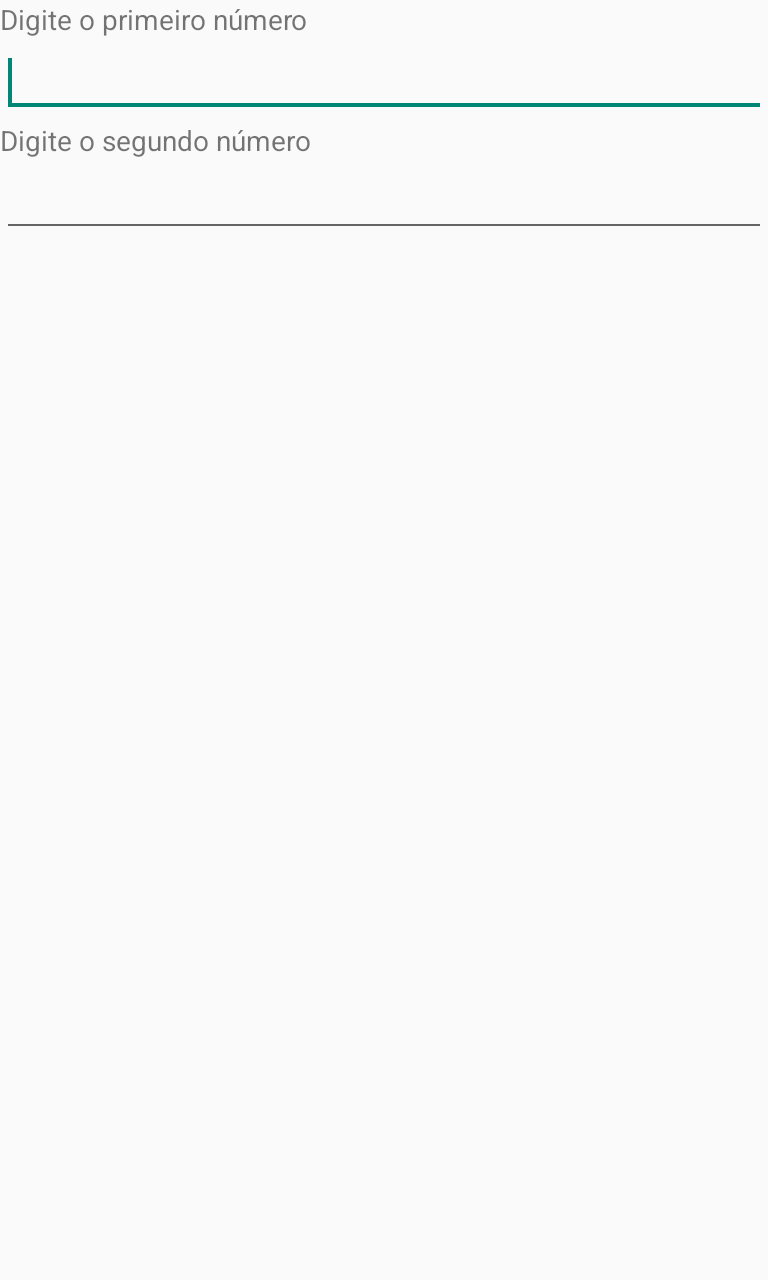
Repository: LucasSampaio/SysPizza-PSI
Layout: CodigoFonte/MOBILE/Calculadora_Neri/res/layout/activity_calculadora.xml
The author's editor kept a copy of each file at every save. The layout is drawn from the files as they stood at one save, then again after the next save.
It is drawn on a 768 x 1280 px phone screen (xhdpi) without system bars, with theme AppTheme; the app's code is not run.

Above is the layout before, as saved 2014-09-04 17:57:11.

After the next save:
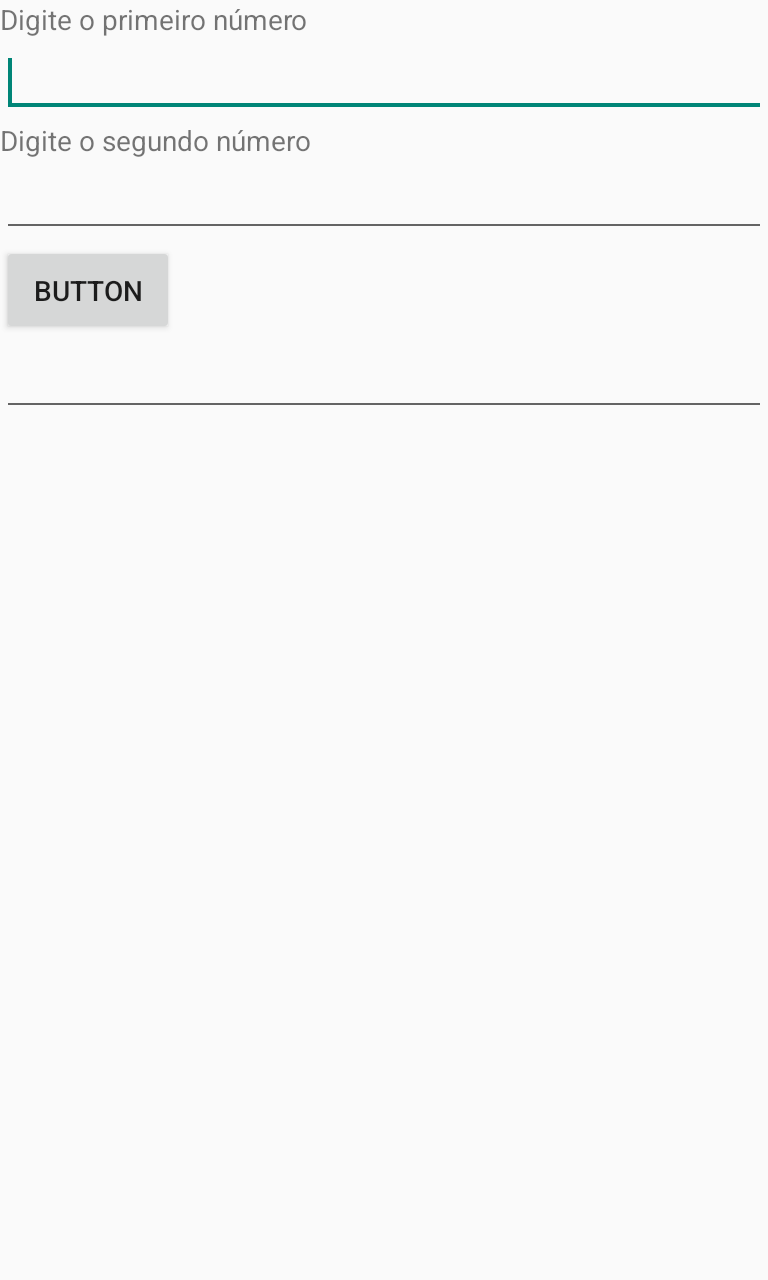
Saved 22 min 30 s later.
--- a/CodigoFonte/MOBILE/Calculadora_Neri/res/layout/activity_calculadora.xml
+++ b/CodigoFonte/MOBILE/Calculadora_Neri/res/layout/activity_calculadora.xml
@@ -30,4 +30,16 @@
         android:layout_height="wrap_content"
         android:ems="10" />
 
+    <Button
+        android:id="@+id/buttonSomar"
+        android:layout_width="wrap_content"
+        android:layout_height="wrap_content"
+        android:text="Button" />
+
+    <EditText
+        android:id="@+id/editText1"
+        android:layout_width="match_parent"
+        android:layout_height="wrap_content"
+        android:ems="10" />
+
 </LinearLayout>
